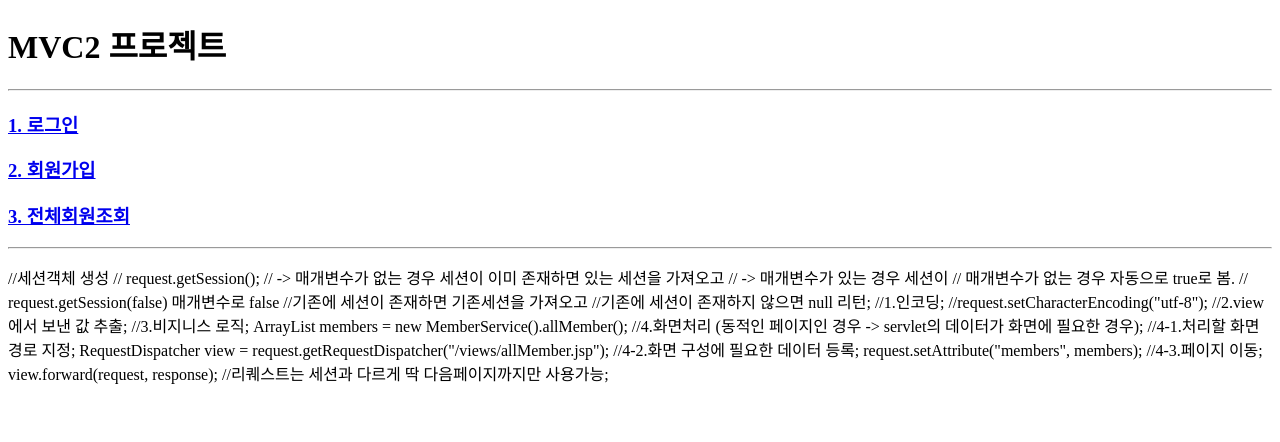
Repository: beescuit9510/toyProjects
Page: http://localhost/06_mvc2Project/
These files come from the project's save history. The page is drawn as it stood at one moment and after a run of saves; the edit follows.
The browser window is 1280 px wide. The pictures show the whole page.
The page is served by Tomcat 9.

Above is the page before, as saved 2021-10-01 03:15:41.

After the next 2 saves:
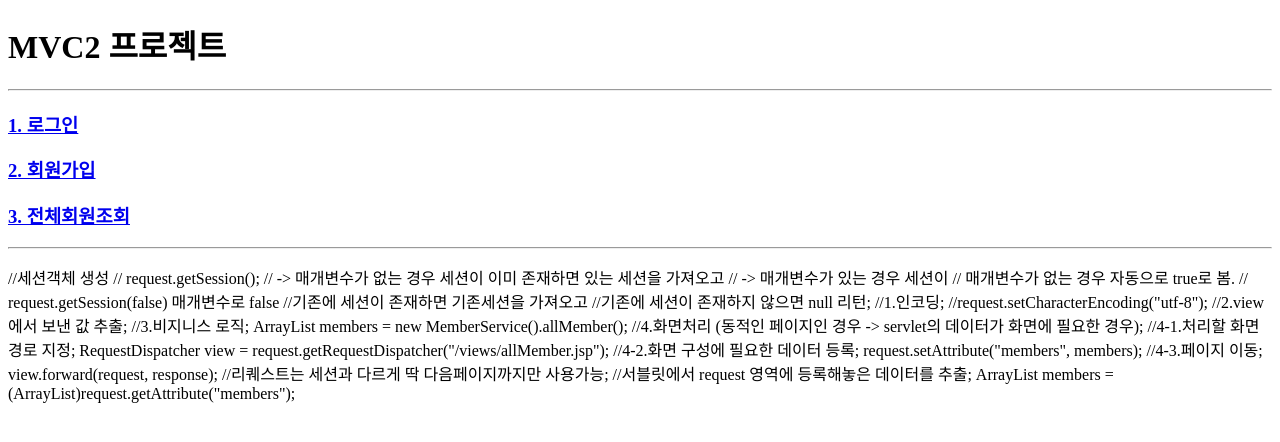
The 2 saves are shown as one change because they came seconds apart.
The last was saved 35 s later.
--- a/web-server-workplace/06_mvc2Project/src/main/webapp/index.jsp
+++ b/web-server-workplace/06_mvc2Project/src/main/webapp/index.jsp
@@ -45,5 +45,15 @@
 		view.forward(request, response);
 
 		//리퀘스트는 세션과 다르게 딱 다음페이지까지만 사용가능;
+
+
+
+
+
+
+
+		//서블릿에서 request 영역에 등록해놓은 데이터를 추출;
+    	ArrayList<Member> members = (ArrayList<Member>)request.getAttribute("members");
+
 </body>
 </html>
